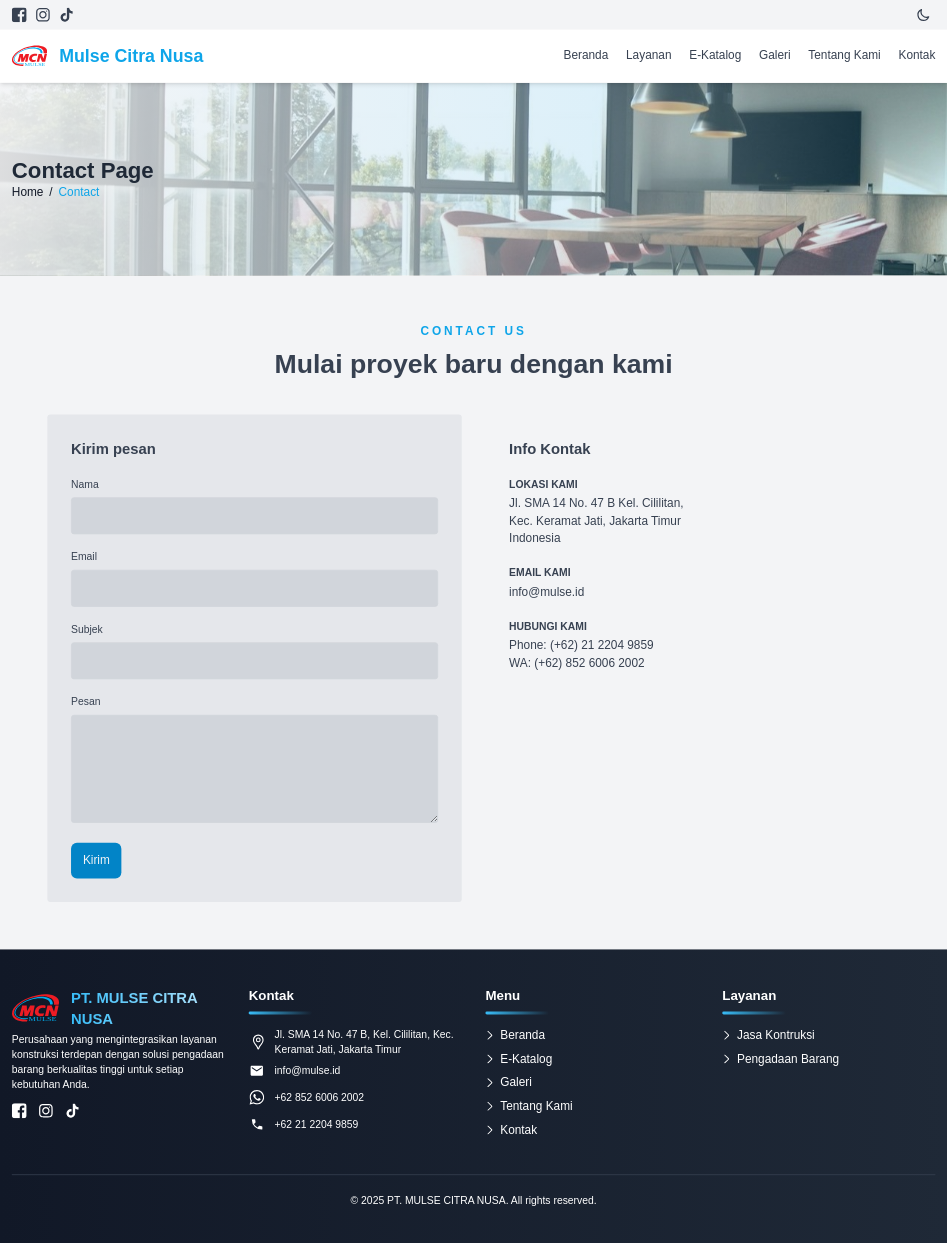
Repository: PrasBaldin/next-mulse
Page: /contact
An editor plug-in stored every save of this project. The page is shown before and after the next save, followed by the edit.
The browser window is 1280 px wide. The pictures show the whole page, at 74% of full size.
The project was rebuilt for these pictures with package versions that can differ from the ones it lists, and the page was loaded fresh each time. The framework's server and built-in components were replaced by stand-ins that run in the browser. Also part of the build but not shown: next.config.ts.

Above is the page before, as saved 2025-02-26 12:51:17.

### app/layout.tsx
import type { Metadata } from "next";
import { Geist, Geist_Mono } from "next/font/google";
import "./globals.css";
import Navbar from "@/components/navbar";
import Footer from "@/components/footer";

const geistSans = Geist({
  variable: "--font-geist-sans",
  subsets: ["latin"],
});

const geistMono = Geist_Mono({
  variable: "--font-geist-mono",
  subsets: ["latin"],
});

export const metadata: Metadata = {
  title: "Mulse",
  description: "Selamat datang di PT. Mulse Citra Nusa, kami menyediakan barang dan jasa sesuai kebutuhan Anda.",
};

export default function RootLayout({
  children,
}: Readonly<{
  children: React.ReactNode;
}>) {
  return (
    <html lang="en">
      <body className={`${geistSans.variable} ${geistMono.variable} antialiased`} >
        <Navbar />
        {children}
        <Footer />
      </body>
    </html>
  );
}

### app/contact/page.tsx
import Link from "next/link";
import ContactContent from "./contactContent";

const ContactPage = () => {
  return (
    <>
      <section className="mt-[72px] lg:mt-[112px]">
        <div className="banner">
          <div className="banner-mask"></div>
          <div className="container z-[1] relative">
            <div className="banner-content">
              <h4 className="text-3xl font-bold text-gray-800 dark:text-gray-100 transition duration-500 ease-in-out">
                Contact Page
              </h4>
              <ul className="breadcrumbs">
                <li>
                  <Link
                    href="/"
                    className="text-gray-900 dark:text-gray-100 transition duration-500 ease-in-out"
                  >
                    Home
                  </Link>
                </li>
                <li className="text-gray-900 dark:text-gray-100 transition duration-500 ease-in-out">
                  /
                </li>
                <li>
                  <Link href="/contact" className="text-sky-500">
                    Contact
                  </Link>
                </li>
              </ul>
            </div>
          </div>
        </div>
      </section>
      <ContactContent />
    </>
  );
};

export default ContactPage;

### app/globals.css
@tailwind base;
@tailwind components;
@tailwind utilities;

:root {
  --background: #ffffff;
  --foreground: #171717;
}

@media (prefers-color-scheme: dark) {
  :root {
    --background: #0a0a0a;
    --foreground: #ededed;
  }
}

body {
  font-family: Arial, Helvetica, sans-serif;
  @apply bg-gray-100 dark:bg-gray-700;
}

.container {
  @apply mx-auto px-4;
}

.btn {
  @apply px-4 py-3 rounded-lg transition duration-500 ease-in-out;
}

.btn-primary {
  @apply bg-sky-600 hover:bg-sky-700 dark:hover:bg-sky-700 text-gray-100 hover:text-gray-300;
}

.btn-secondary {
  @apply bg-gray-100 hover:bg-gray-300 dark:hover:bg-gray-300 text-gray-800;
}

.btn-primary-border {
  @apply bg-transparent hover:bg-sky-500 dark:hover:bg-sky-500 border-2 border-sky-500 text-sky-500 dark:text-sky-500 hover:text-white dark:hover:text-white;
}

.banner {
  background-image: url("/img/banner-2.jpg");
  background-size: cover;
  @apply py-[100px] relative;
}

.banner-mask {
  @apply absolute inset-0 bg-gradient-to-r from-gray-100/90 to-sky-500/20 dark:from-gray-800/90 dark:to-sky-500/20 transition duration-500 ease-in-out z-[0];
}

.breadcrumbs {
  @apply flex gap-2 font-medium;
}

### app/contact/contactContent.tsx
"use client";
import React, { useState } from "react";

interface FormData {
  name: string;
  email: string;
  subject: string;
  message: string;
}

interface Errors {
  name?: string;
  email?: string;
  subject?: string;
  message?: string;
}

const ContactContent: React.FC = () => {
  const [formData, setFormData] = useState<FormData>({
    name: "",
    email: "",
    subject: "",
    message: "",
  });

  const [errors, setErrors] = useState<Errors>({});
  const [successMessage, setSuccessMessage] = useState<string | null>(null);
  const [errorMessage, setErrorMessage] = useState<string | null>(null);

  // Fungsi validasi email
  const validateEmail = (value: string): string => {
    if (!value) {
      return "Email is required";
    }
    const emailRegex = /^\S+@\S+\.\S+$/;
    if (!emailRegex.test(value)) {
      return "Invalid email format";
    }
    return "";
  };

  // Handle perubahan input
  const handleChange = (
    e: React.ChangeEvent<HTMLInputElement | HTMLTextAreaElement>
  ) => {
    const { name, value } = e.target;

    setFormData((prev) => ({
      ...prev,
      [name]: value,
    }));

    // Lakukan validasi khusus untuk email
    if (name === "email") {
      const errorMsg = validateEmail(value);
      setErrors((prev) => ({
        ...prev,
        email: errorMsg,
      }));
    } else {
      setErrors((prev) => ({
        ...prev,
        [name]: "", // reset error untuk field lain jika diperlukan
      }));
    }
  };

  // Handle submit form
  const handleSubmit = (e: React.FormEvent<HTMLFormElement>) => {
    e.preventDefault();

    // Reset pesan alert
    setSuccessMessage(null);
    setErrorMessage(null);

    // Validasi email
    const emailError = validateEmail(formData.email);
    if (emailError) {
      setErrors((prev) => ({
        ...prev,
        email: emailError,
      }));
      setErrorMessage("Sorry, something is wrong. Please try again!");
      return;
    }

    // Jika semua validasi sudah benar
    setSuccessMessage(
      "Thank you for your message. We will get back to you soon."
    );
    // Reset form
    setFormData({
      name: "",
      email: "",
      subject: "",
      message: "",
    });
    setErrors({});
  };

  return (
    <section className="bg-gray-100 dark:bg-gray-700 text-gray-700 dark:text-white py-16">
      <div className="container">
        {/* Bagian Judul Utama */}
        <div className="max-w-4xl mx-auto text-center mb-12">
          <h4 className="mb-3 text-sky-500 font-semibold tracking-[.25em] uppercase">
            Contact Us
          </h4>
          <h3 className="text-3xl md:text-4xl font-bold">
            Mulai proyek baru dengan kami
          </h3>
        </div>

        {/* Grid Utama: Form (kiri) dan Info Kontak (kanan) */}
        <div className="max-w-6xl mx-auto grid grid-cols-1 md:grid-cols-2 gap-8">
          {/* Bagian Kiri: Form */}
          <div className="p-8 bg-gray-200 dark:bg-gray-600 rounded">
            <h3 className="text-xl font-semibold mb-6">Kirim pesan</h3>
            {/* Alert messages */}
            {successMessage && (
              <div className="mb-4 rounded bg-green-500 p-4 text-white">
                {successMessage}
              </div>
            )}
            {errorMessage && (
              <div className="mb-4 rounded bg-red-500 p-4 text-white">
                {errorMessage}
              </div>
            )}
            <form onSubmit={handleSubmit} className="space-y-5">
              {/* Name Field */}
              <div>
                <label
                  htmlFor="name"
                  className="block mb-2 text-sm font-medium"
                >
                  Nama
                </label>
                <input
                  type="text"
                  id="name"
                  name="name"
                  value={formData.name}
                  onChange={handleChange}
                  className="w-full p-3 rounded bg-gray-300 dark:bg-gray-500 border border-gray-300 dark:border-gray-600 focus:outline-none focus:ring-2 focus:ring-sky-500 transition duration-500 ease-in-out"
                  required
                />
              </div>

              {/* Email Field */}
              <div>
                <label
                  htmlFor="email"
                  className="block mb-2 text-sm font-medium"
                >
                  Email
                </label>
                <input
                  type="email"
                  id="email"
                  name="email"
                  value={formData.email}
                  onChange={handleChange}
                  className={`${
                    errors.email
                      ? "border-red-500 focus:ring-red-500 "
                      : "border-gray-300 focus:ring-sky-500 "
                  } w-full p-3 rounded bg-gray-300 dark:bg-gray-500 border dark:border-gray-600 focus:outline-none focus:ring-2 transition duration-500 ease-in-out`}
                  required
                />
                <span className="text-red-500">
                  {errors.email ? "Email not valid" : ""}
                </span>
              </div>

              {/* Subject Field */}
              <div>
                <label
                  htmlFor="subject"
                  className="block mb-2 text-sm font-medium"
                >
                  Subjek
                </label>
                <input
                  type="text"
                  id="subject"
                  name="subject"
                  value={formData.subject}
                  onChange={handleChange}
                  className="w-full p-3 rounded bg-gray-300 dark:bg-gray-500 border border-gray-300 dark:border-gray-600 focus:outline-none focus:ring-2 focus:ring-sky-500 transition duration-500 ease-in-out"
                  required
                />
              </div>

              {/* Message Field */}
              <div>
                <label
                  htmlFor="message"
                  className="block mb-2 text-sm font-medium"
                >
                  Pesan
                </label>
                <textarea
                  id="message"
                  name="message"
                  rows={5}
                  value={formData.message}
                  onChange={handleChange}
                  className="w-full p-3 rounded bg-gray-300 dark:bg-gray-500 border border-gray-300 dark:border-gray-600 focus:outline-none focus:ring-2 focus:ring-sky-500 transition duration-500 ease-in-out"
                  required
                />
              </div>
              <button type="submit" className="btn btn-primary">
                Kirim
              </button>
            </form>
          </div>

          {/* Bagian Kanan: Info Kontak */}
          <div className="p-8">
            <h3 className="text-xl font-semibold mb-6">Info Kontak</h3>
            <ul className="space-y-6">
              <li>
                {/* <h4 className="text-sm uppercase font-bold mb-1">
                  Where to Find Us
                </h4> */}
                <h4 className="text-sm uppercase font-bold mb-1">
                  Lokasi Kami
                </h4>
                <p className="dark:text-gray-400 text-gray-700 transition duration-500 ease-in-out">
                  Jl. SMA 14 No. 47 B Kel. Cililitan,
                  <br />
                  Kec. Keramat Jati, Jakarta Timur
                  <br />
                  Indonesia
                </p>
              </li>
              <li>
                {/* <h4 className="text-sm uppercase font-bold mb-1">
                  Email Us At
                </h4> */}
                <h4 className="text-sm uppercase font-bold mb-1">Email Kami</h4>
                <a
                  href="mailto:info@mulse.id"
                  target="_blank"
                  className="dark:text-gray-400 text-gray-700 hover:text-sky-500 dark:hover:text-sky-500 transition duration-500 ease-in-out"
                >
                  info@mulse.id
                </a>
              </li>
              <li>
                {/* <h4 className="text-sm uppercase font-bold mb-1">Call Us</h4> */}
                <h4 className="text-sm uppercase font-bold mb-1">
                  Hubungi Kami
                </h4>
                <a
                  href="tel:+622122049859"
                  target="_blank"
                  className="dark:text-gray-400 text-gray-700 hover:text-sky-500 dark:hover:text-sky-500 transition duration-500 ease-in-out"
                >
                  Phone: (+62) 21 2204 9859
                </a>
                <br />
                <a
                  href="https://api.whatsapp.com/send?phone=6285260062002&text=Hallo%20Mulse!%20saya%20membutuhkan%20bantuan%20terkait%20layanan%20di%20mulse.id"
                  target="_blank"
                  className="dark:text-gray-400 text-gray-700 hover:text-sky-500 dark:hover:text-sky-500 transition duration-500 ease-in-out"
                >
                  WA: (+62) 852 6006 2002
                </a>
              </li>
            </ul>
          </div>
        </div>
      </div>
    </section>
  );
};

export default ContactContent;

### components/navbar.css
.utility-bar {
  @apply hidden lg:block absolute top-0 w-full py-1 bg-gray-100 dark:bg-gray-700 transition duration-500 ease-in-out z-10;
}

.utility-content {
  @apply w-auto flex gap-2;
}

.social-media-link {
  @apply mr-3 text-gray-700 dark:text-gray-100 hover:text-sky-500 dark:hover:text-sky-500 transition duration-300;
}

.navbar {
  @apply bg-white dark:bg-gray-800 transition duration-500 ease-in-out shadow-md top-0 lg:top-[40px] fixed lg:absolute w-full z-20;
}

.nav-link {
  @apply text-gray-700 hover:text-sky-500 dark:hover:text-sky-500 dark:text-gray-100 py-5 transition duration-500 ease-in-out border-b-2 border-transparent hover:border-sky-500 flex items-center;
}

.nav-dropdown {
  @apply bg-white dark:bg-gray-800 absolute top-[4rem] -left-2 w-auto pt-2 p-3 border-2 border-sky-300 dark:border-sky-800 border-t-sky-500 dark:border-t-sky-500 shadow-xl rounded-lg overflow-visible transition-all duration-300 transform;
}

.nav-link-dropdown {
  @apply text-gray-700 hover:text-sky-500 dark:hover:text-sky-500 dark:text-gray-100 pt-2 pb-1 transition duration-500 ease-in-out hover:bg-gray-100 dark:hover:bg-gray-700 rounded border-b border-gray-200 hover:border-sky-500 block mt-2 px-2;
}

.nav-link-mobile {
  @apply hover:bg-gray-100 dark:hover:bg-gray-700 text-gray-700 hover:text-sky-500 dark:hover:text-sky-500 dark:text-gray-100 py-2 pl-2 border-b border-gray-200 hover:border-sky-500 rounded transition;
}

.hamburger {
  @apply absolute w-6 h-[3px] bg-gray-800 dark:bg-gray-100 rounded transition duration-500 ease-in-out;
}

.dropdown-arrow {
  @apply border-b-2 border-r-2 border-gray-700 dark:border-gray-100 ml-2 w-3 h-3 transition duration-500 ease-in-out;
}

.nav-link-mobile:hover .dropdown-arrow {
  @apply border-sky-500;
}

### components/toggleDarkMode.tsx
"use client";
import { useState, useEffect } from "react";
import IconDarkMode from "../app/_assets/icon/iconDarkmode";
import IconLightMode from "../app/_assets/icon/iconLightmode";

import "./toggleDarkMode.css";

const ToggleDarkMode = () => {
  const [isDarkMode, setIsDarkMode] = useState(false);
  useEffect(() => {
    const storedTheme = localStorage.getItem("theme");
    setIsDarkMode(storedTheme === "dark");
  }, []);

  useEffect(() => {
    if (isDarkMode) {
      document.documentElement.classList.add("dark");
      localStorage.setItem("theme", "dark");
    } else {
      document.documentElement.classList.remove("dark");
      localStorage.setItem("theme", "light");
    }
  }, [isDarkMode]);

  return (
    <>
      {/* Mobile */}
      <button
        onClick={() => setIsDarkMode(!isDarkMode)}
        className="lg:hidden btn h-11 flex items-center"
        style={{ padding: ".5rem" }}
      >
        <div className="block">
          <div className="absolute flex items-center gap-2">
            <div
              className={`toggle-dark-mode-mobile gap-2 ${
                isDarkMode ? "opacity-100 rotate-0" : "opacity-0 rotate-90"
              }`}
            >
              <IconLightMode />
            </div>
            <span
              className={`text-gray-700 dark:text-gray-300 ${
                isDarkMode ? "opacity-100" : "opacity-0"
              }`}
            >
              Light Mode
            </span>
          </div>
          <div className="flex items-center gap-2">
            <div
              className={`toggle-dark-mode-mobile gap-2 ${
                isDarkMode ? "opacity-0 -rotate-90" : "opacity-100 rotate-0"
              }`}
            >
              <IconDarkMode />
            </div>
            <span
              className={`text-gray-700 dark:text-gray-300 ${
                isDarkMode ? "opacity-0" : "opacity-100"
              }`}
            >
              Night Mode
            </span>
          </div>
        </div>
      </button>

      {/* Desktop */}
      <button
        onClick={() => setIsDarkMode(!isDarkMode)}
        className="btn hidden lg:block btn w-8 h-8 relative overflow-hidden"
      >
        <div
          className={`toggle-dark-mode ${
            isDarkMode ? "opacity-100 rotate-0" : "opacity-0 rotate-90"
          }`}
        >
          <IconLightMode />
        </div>
        <div
          className={`toggle-dark-mode ${
            isDarkMode ? "opacity-0 -rotate-90" : "opacity-100 rotate-0"
          }`}
        >
          <IconDarkMode />
        </div>
      </button>
    </>
  );
};

export default ToggleDarkMode;

### components/footer.css
footer table tr a {
    @apply transition duration-300
}

footer table tr:hover a {
    @apply text-sky-400
}

### app/_assets/icon/iconDarkmode.tsx
import React from "react";

const IconDarkmode = () => {
    return (
        <svg xmlns="http://www.w3.org/2000/svg" className="h-5 w-5 text-gray-700 dark:text-gray-100" fill="none" viewBox="0 0 24 24" stroke="currentColor">
            <path strokeLinecap="round" strokeLinejoin="round" strokeWidth={2} d="M20.354 15.354A9 9 0 018.646 3.646 9.003 9.003 0 0012 21a9.003 9.003 0 008.354-5.646z" />
        </svg>
    )
}

export default IconDarkmode

### app/_assets/icon/iconLightmode.tsx
import React from "react";

const IconLightMode = () => {
    return (
        <svg xmlns="http://www.w3.org/2000/svg" className="h-5 w-5 text-gray-100" fill="none" viewBox="0 0 24 24" stroke="currentColor">
            <path strokeLinecap="round" strokeLinejoin="round" strokeWidth="2" d="M12 3v1m0 16v1m9-9h-1M4 12H3m15.364 6.364l-.707-.707M6.343 6.343l-.707-.707m12.728 0l-.707.707M6.343 17.657l-.707.707" />
            <circle cx="12" cy="12" r="3" stroke="currentColor" strokeWidth="2" fill="none" />
        </svg>
    )
}

export default IconLightMode

### components/toggleDarkMode.css
.toggle-dark-mode {
    @apply absolute top-0 bottom-0 left-0 right-0 flex items-center justify-center transition-all duration-500 transform
}

.toggle-dark-mode-mobile {
    @apply flex items-center justify-center transition-all duration-500 transform
}

### tailwind.config.ts
import type { Config } from "tailwindcss";

export default {
  darkMode: 'class',
  content: [
    "./pages/**/*.{js,ts,jsx,tsx,mdx}",
    "./components/**/*.{js,ts,jsx,tsx,mdx}",
    "./app/**/*.{js,ts,jsx,tsx,mdx}"
  ],
  theme: {
    extend: {
      width: {
        '11': '2.75rem',
      },
      height: {
        '11': '2.75rem',
      },
      colors: {
        background: "var(--background)",
        foreground: "var(--foreground)",
      },
    },
  },
  plugins: [],
} satisfies Config;

Loaded but not shown: components/footer.tsx (503 lines, source omitted); components/navbar.tsx (283 lines, source omitted)

After the next save:
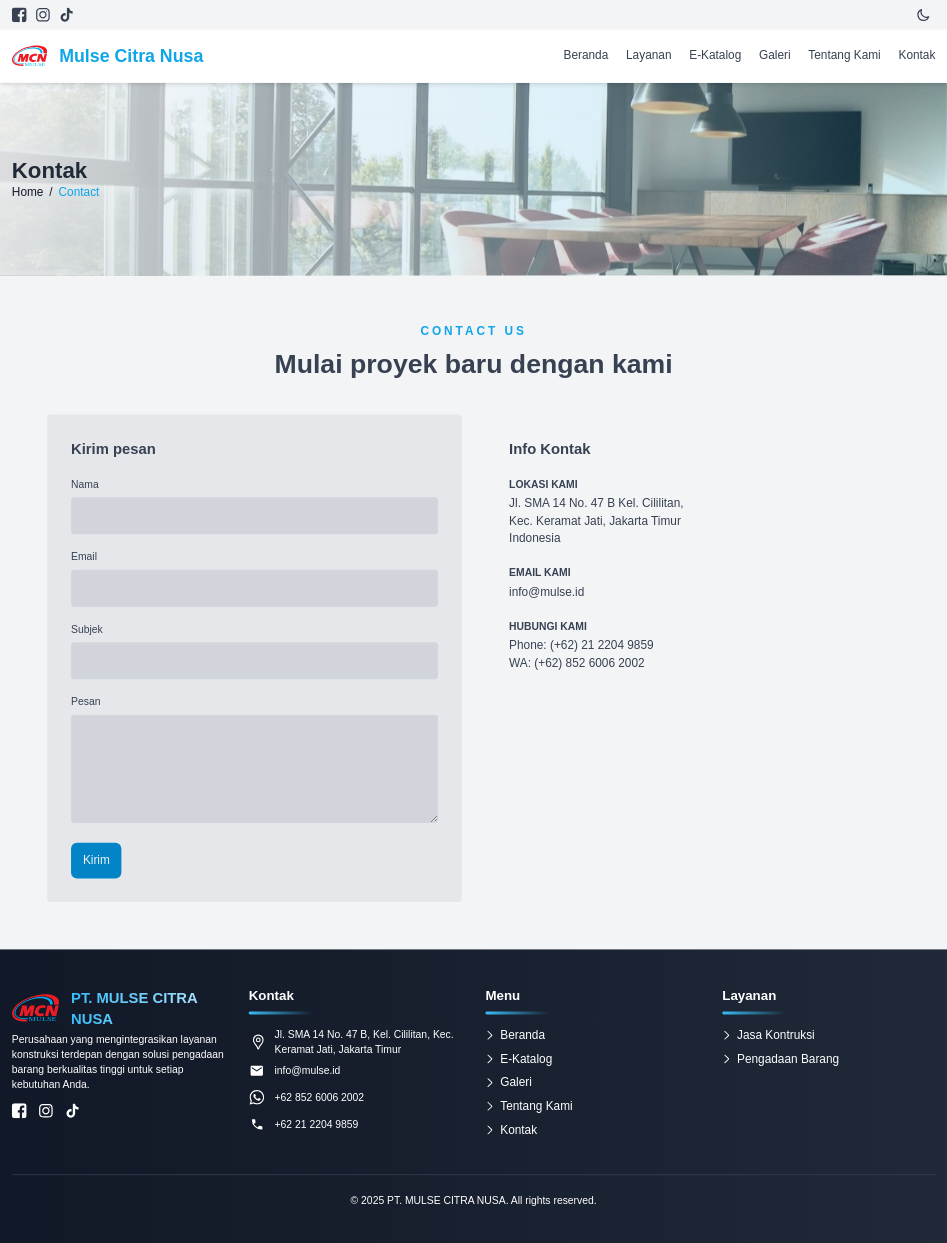
Saved 11 s later.
--- a/app/contact/page.tsx
+++ b/app/contact/page.tsx
@@ -10,7 +10,7 @@
           <div className="container z-[1] relative">
             <div className="banner-content">
               <h4 className="text-3xl font-bold text-gray-800 dark:text-gray-100 transition duration-500 ease-in-out">
-                Contact Page
+                Kontak
               </h4>
               <ul className="breadcrumbs">
                 <li>
